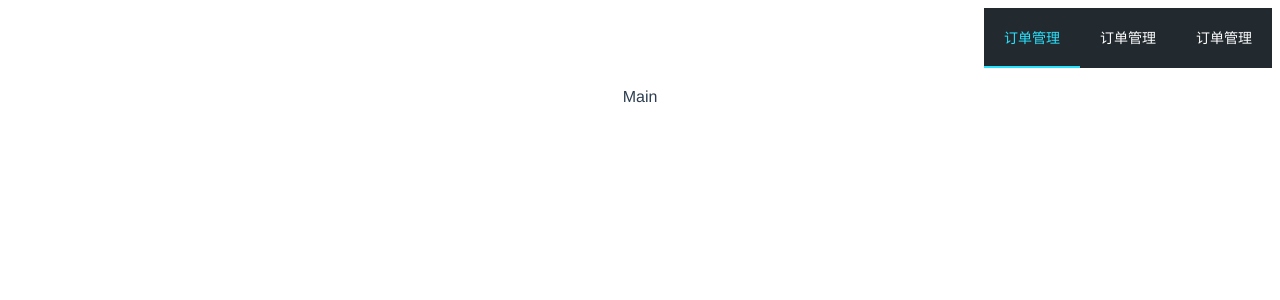
Repository: TheWomanLiketheWind/woodpecker
Page: /
An editor plug-in stored every save of this project. The page is shown before and after the next save, followed by the edit.
The browser window is 1280 px wide. The pictures show the whole page.
The project was rebuilt for these pictures with package versions that can differ from the ones it lists, and the page was loaded fresh each time. Imported but missing from the stored project, and not drawn on this page: src/views/About.vue.

Above is the page before, as saved 2019-07-25 15:09:00.

### public/index.html
<!DOCTYPE html>
<html lang="en">
  <head>
    <meta charset="utf-8">
    <meta http-equiv="X-UA-Compatible" content="IE=edge">
    <meta name="viewport" content="width=device-width,initial-scale=1.0">
    <link rel="icon" href="<%= BASE_URL %>favicon.ico">
    <title>woodpecker</title>
  </head>
  <body>
    <noscript>
      <strong>We're sorry but woodpecker doesn't work properly without JavaScript enabled. Please enable it to continue.</strong>
    </noscript>
    <div id="app"></div>
    <!-- built files will be auto injected -->
  </body>
</html>

### src/App.vue
<template>
  <div id="app">
    <router-view />
  </div>
</template>

<style lang="scss">
#app {
  font-family: "Avenir", Helvetica, Arial, sans-serif;
  -webkit-font-smoothing: antialiased;
  -moz-osx-font-smoothing: grayscale;
  text-align: center;
  color: #2c3e50;
  .el-header {
    padding: 0;
    display: flex;
    justify-content: space-between;
  }
}
#nav {
  padding: 30px;
  a {
    font-weight: bold;
    color: #2c3e50;
    &.router-link-exact-active {
      color: #42b983;
    }
  }
}
</style>

### src/views/Home.vue
<template>
  <el-container>
    <el-header class="headerAll">
      <img src=""
           class="headImage">
      <el-menu :default-active="activeIndex"
               class="el-menu-demo"
               mode="horizontal"
               background-color="#222a30"
               text-color="#fff"
               active-text-color="#29e2fe"
               @select="handleSelect">
        <el-menu-item v-for="(item, index) in menuList"
                      :key="index"
                      :index="item.index">{{item.name}}</el-menu-item>
      </el-menu>
    </el-header>
    <el-main>Main</el-main>
  </el-container>
</template>

<script lang="ts">
import { Component, Vue } from "vue-property-decorator";

@Component({
  components: {}
})
export default class Home extends Vue {
  data() {
    return {
      activeIndex: "1",
      menuList: [
        {
          name: "订单管理",
          index: "1",
          link: ""
        },
        {
          name: "订单管理",
          index: "2",
          link: ""
        },
        {
          name: "订单管理",
          index: "3",
          link: ""
        }
      ]
    };
  }

  private handleSelect(key: any, keyPath: any) {
    console.log(key, keyPath);
  }
}
</script>

Loaded but not shown: src/main.ts (common file); src/router.ts (common file); src/store.ts (common file)

After the next save:
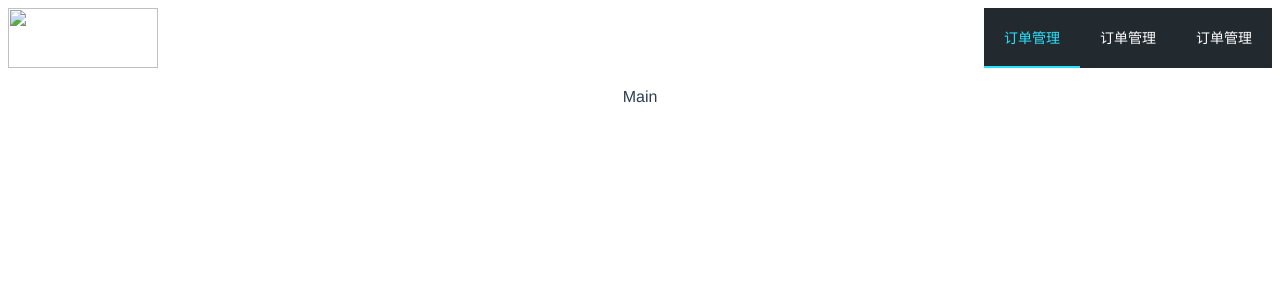
Saved 19 s later.
--- a/src/views/Home.vue
+++ b/src/views/Home.vue
@@ -54,3 +54,12 @@ export default class Home extends Vue {
   }
 }
 </script>
+
+<style lang="scss">
+.headerAll {
+  .headImage {
+    width: 150px;
+    height: 100%;
+  }
+}
+</style>
